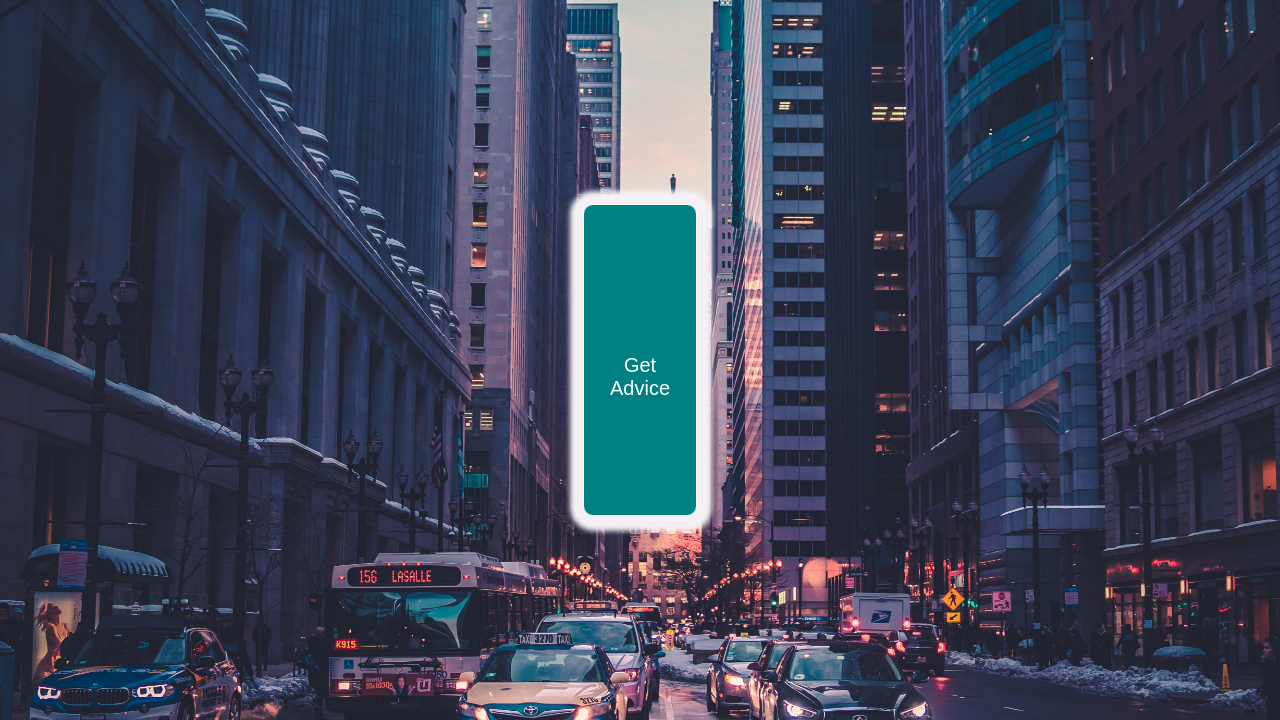
Repository: lamilekan263/random_advice
Page: /
The author's editor kept a copy of each file at every save. The page is drawn from the files as they stood at one save, then again after the next save.
The browser window is 1280 px wide. The pictures show the whole page.
The page's requests for data from a server got no answer. The project was rebuilt for these pictures with package versions that can differ from the ones it lists, and the page was loaded fresh each time. No one was signed in, and anything a server would have sent is missing.

Above is the page before, as saved 2020-08-10 14:54:43.

### src/App.js
import React from 'react';
import './App.css';
import axios from 'axios'

class App extends React.Component{

  state = {
    advice : ''
  }
 componentDidMount(){
    this.getAdvice()
  }

  getAdvice = ()=>{
    axios.get('https://api.adviceslip.com/advice')
    .then((response) =>{
      const { advice } = response.data.slip;
      console.log(advice)
      this.setState({ advice })
    })

  }

  render(){
    return(
      <div className="app">
        <div className="card">
          <h1> {this.state.advice}</h1>

          <button onClick = {this.getAdvice}>Get Advice </button>
        </div>
      </div>
    )
  }
}


export default App

### src/App.css
body{
  margin:0;
  padding: 0;
  background-image: url('./bg.jpg');
  background-size: cover;
  background-repeat: no-repeat;
  height:100vh;
  background-position: center;
  background-color: linear-gradient(rgba(5, 4, 4, 0.3));
  display:flex;
  justify-content: center;
  text-align:center;
  align-items: center;
}

.card{
  width:80%;
  margin: 0 auto;
  background-color:teal;
  background: linear-gradient(rgba(0,0,0,0.3));
  border:1px solid white;
  padding:5px;
  border-radius: 10px;
  height:300px;
  display:flex;
  flex-direction:column;
  justify-content: center;
  text-align:center;
  align-items: center;
  -webkit-box-shadow: 1px 1px 5px 14px rgba(245,240,245,1);
  -moz-box-shadow: 1px 1px 5px 14px rgba(245,240,245,1);
  box-shadow: 1px 1px 5px 14px rgba(245,240,245,1);


}
h1{
  font-family: monospace;
  color:whitesmoke;
}


button{
  padding:10px;
  font-size:20px;
  background-color: teal;
  border:none;
  color:white;
  border-radius:5px;

}

Loaded but not shown: public/index.html (common file); src/index.js (common file); src/index.css (common file); src/serviceWorker.js (common file)

After the next save:
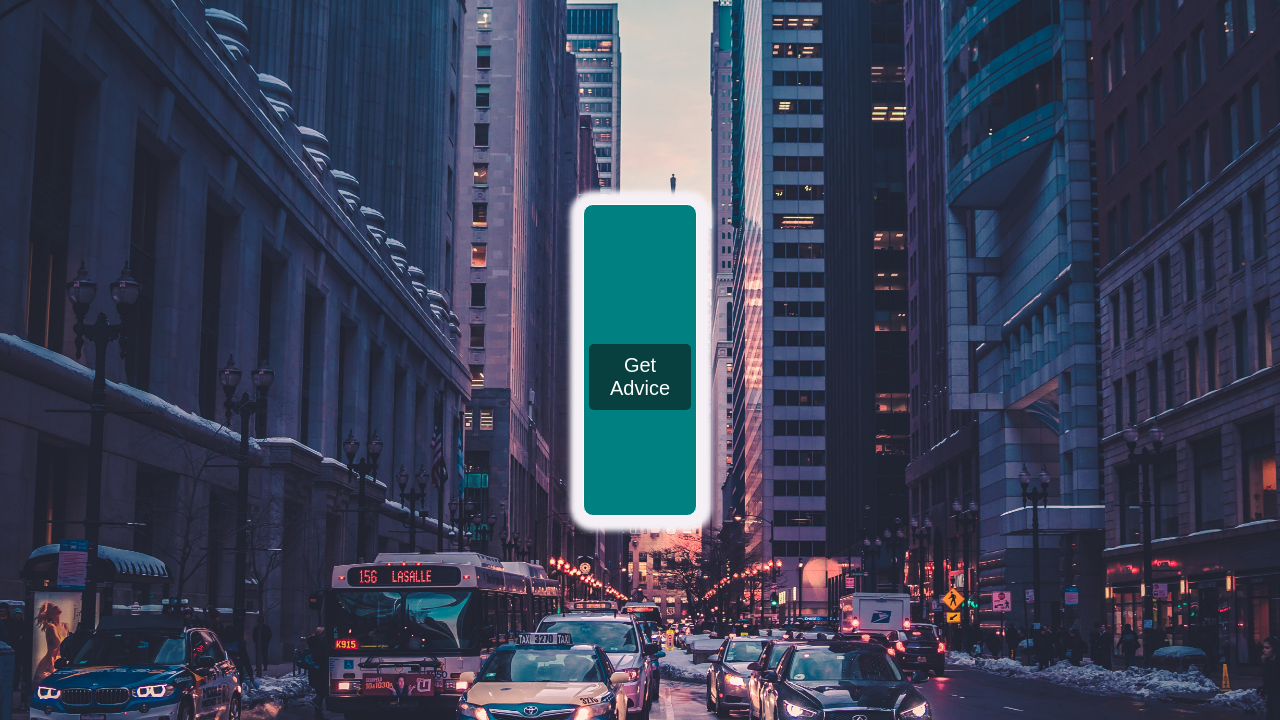
Saved 8 s later.
--- a/src/App.css
+++ b/src/App.css
@@ -42,7 +42,7 @@ h1{
 button{
   padding:10px;
   font-size:20px;
-  background-color: teal;
+  background-color: rgb(8, 63, 63);
   border:none;
   color:white;
   border-radius:5px;
